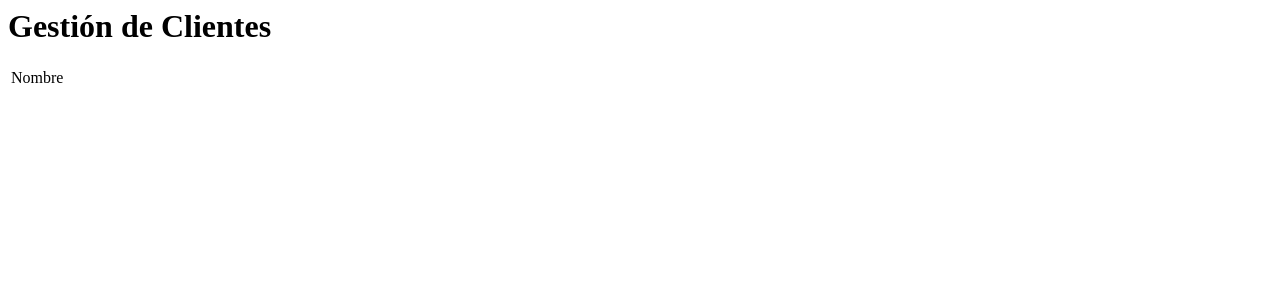
Repository: fgala1619/frontSistGestionBank
Page: index.html
The author's editor kept a copy of each file at every save. The page is drawn from the files as they stood at one save, then again after the next save.
The browser window is 1280 px wide. The pictures show the whole page.

Above is the page before, as saved 2023-07-08 21:56:28.

### index.html
<h1>Gestión de Clientes</h1>

<table>
    <tr>
        <td>Nombre</td>

    </tr>
</table>

After the next save:
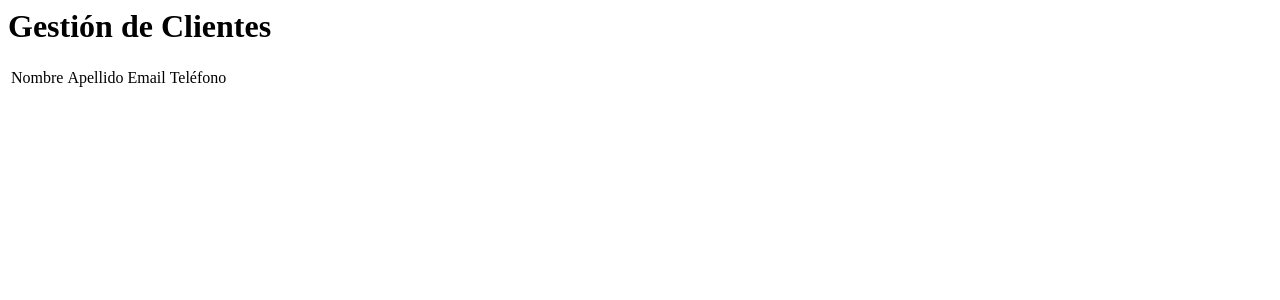
Saved 105 s later.
--- a/index.html
+++ b/index.html
@@ -3,6 +3,8 @@
 <table>
     <tr>
         <td>Nombre</td>
-
+        <td>Apellido</td>
+        <td>Email</td>
+        <td>Teléfono</td>
     </tr>
 </table>
